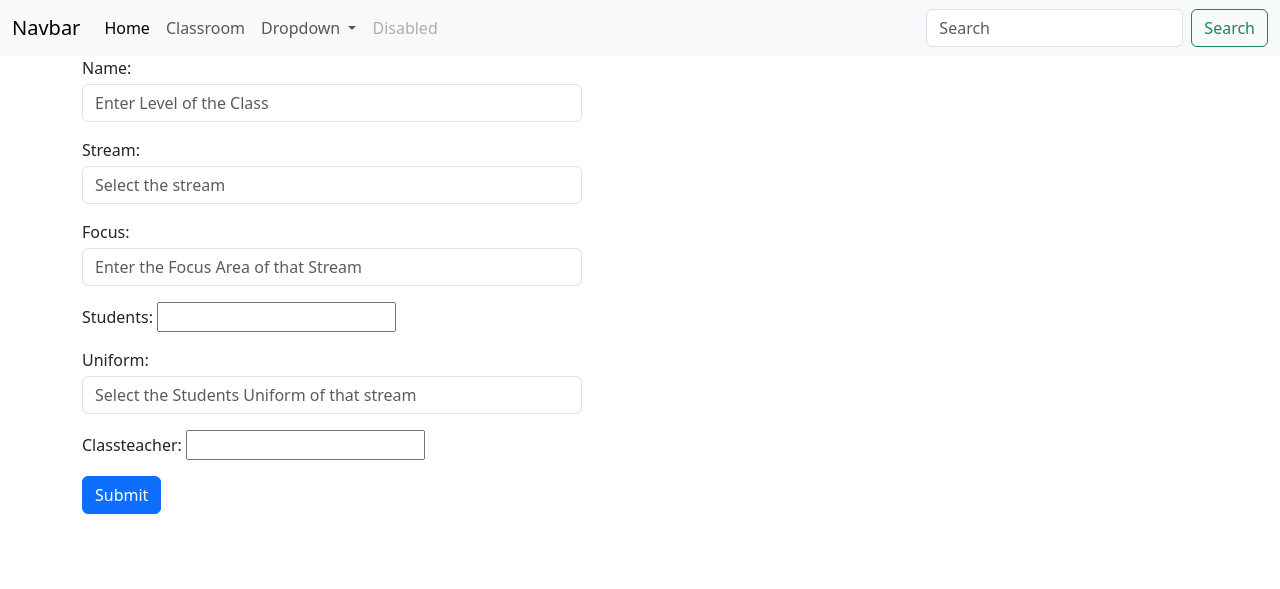
Repository: Mbote-Joseph/Django-Recap
Page: http://localhost/classroom/add
An editor plug-in stored every save of this project. The page is shown before and after the next save, followed by the edit.
The browser window is 1280 px wide. The pictures show the whole page.
The page is served by the project's application, run on Django 5.2 (manage.py).

Above is the page before, as saved 2025-12-15 21:34:06.

After the next save:
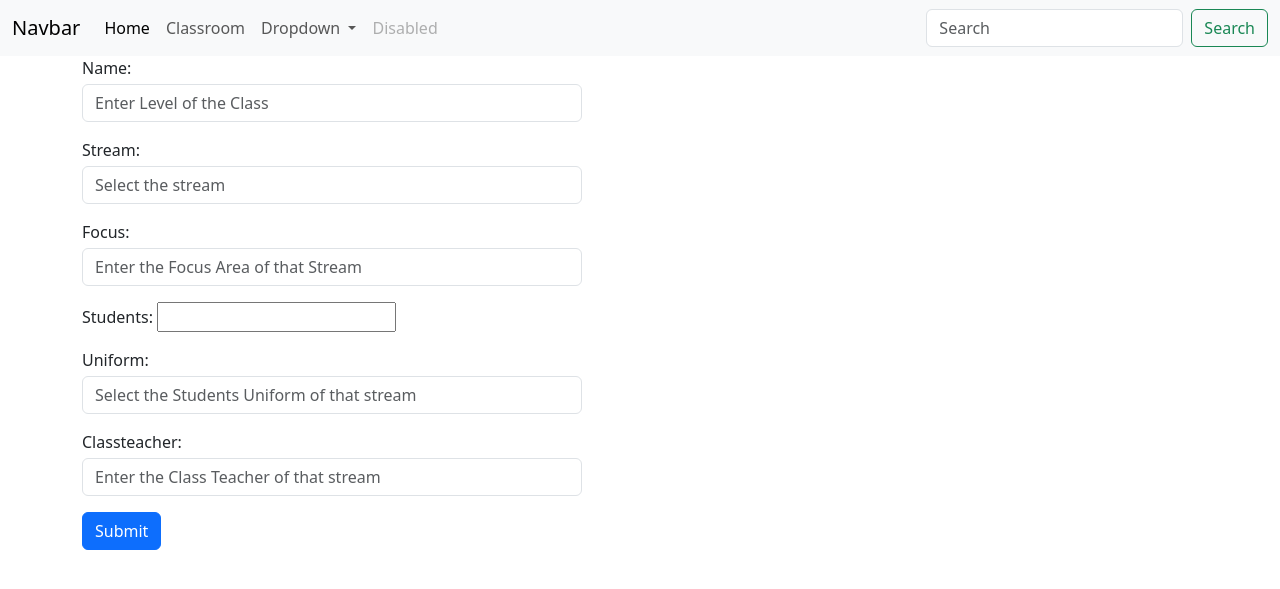
Saved 61 s later.
--- a/school/classroom/forms.py
+++ b/school/classroom/forms.py
@@ -27,5 +27,10 @@ class ClassroomForm(forms.ModelForm):
                 'class': 'form-control my-1',
                 'placeholder': 'Select the Students Uniform of that stream',
                 'style': 'max-width:500px'
+            }),
+            'classteacher': forms.TextInput(attrs={
+                'class': 'form-control my-1',
+                'placeholder': 'Enter the Class Teacher of that stream',
+                'style': 'max-width:500px'
             })
         }
